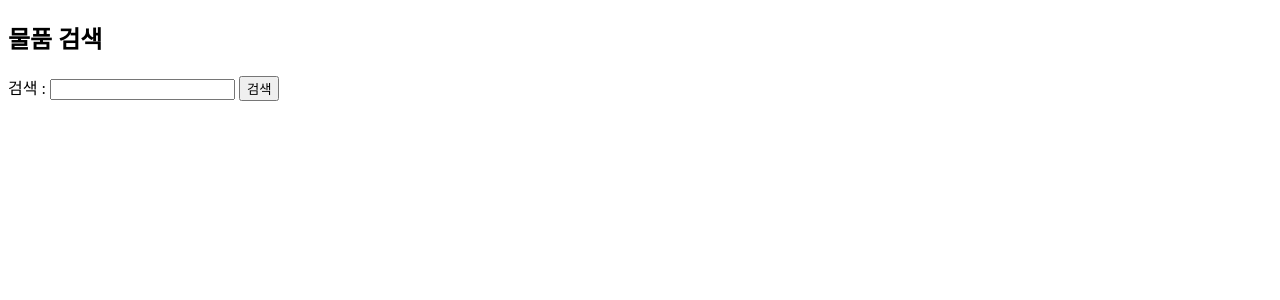
Repository: Tak-kuen/18-2
Page: http://localhost/studyjsp/ProductSearchServlet
The author's editor kept a copy of each file at every save. The page is drawn from the files as they stood at one save, then again after the next save.
The browser window is 1280 px wide. The pictures show the whole page.
The page is served by Tomcat 9.

Above is the page before, as saved 2018-10-17 06:51:45.

After the next save:
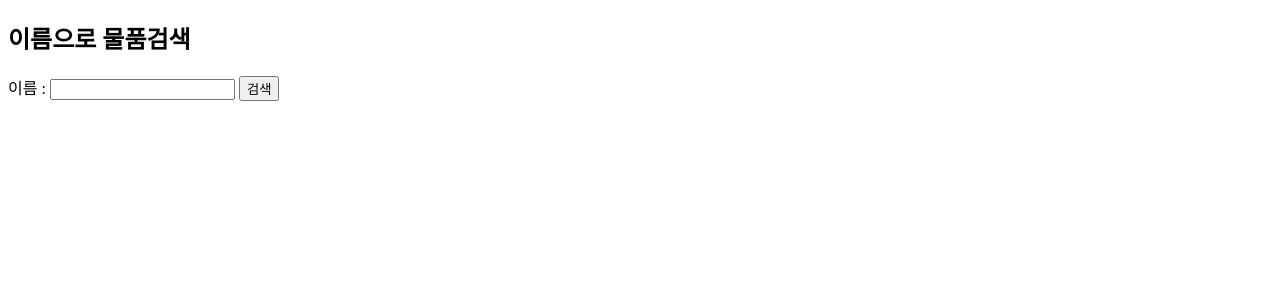
Saved 51 s later.
--- a/code/studyjsp/WebContent/Product_jsp_181017/productSearch.jsp
+++ b/code/studyjsp/WebContent/Product_jsp_181017/productSearch.jsp
@@ -7,8 +7,8 @@
 <title>1501163</title>
 </head>
 <body>
-	<h2>물품 검색</h2>
-	검색 : <input type="text" name="search" >
+	<h2>이름으로 물품검색</h2>
+	이름 : <input type="text" name="name" >
 	<input type="submit" value="검색"><br/>
 </body>
 </html>
